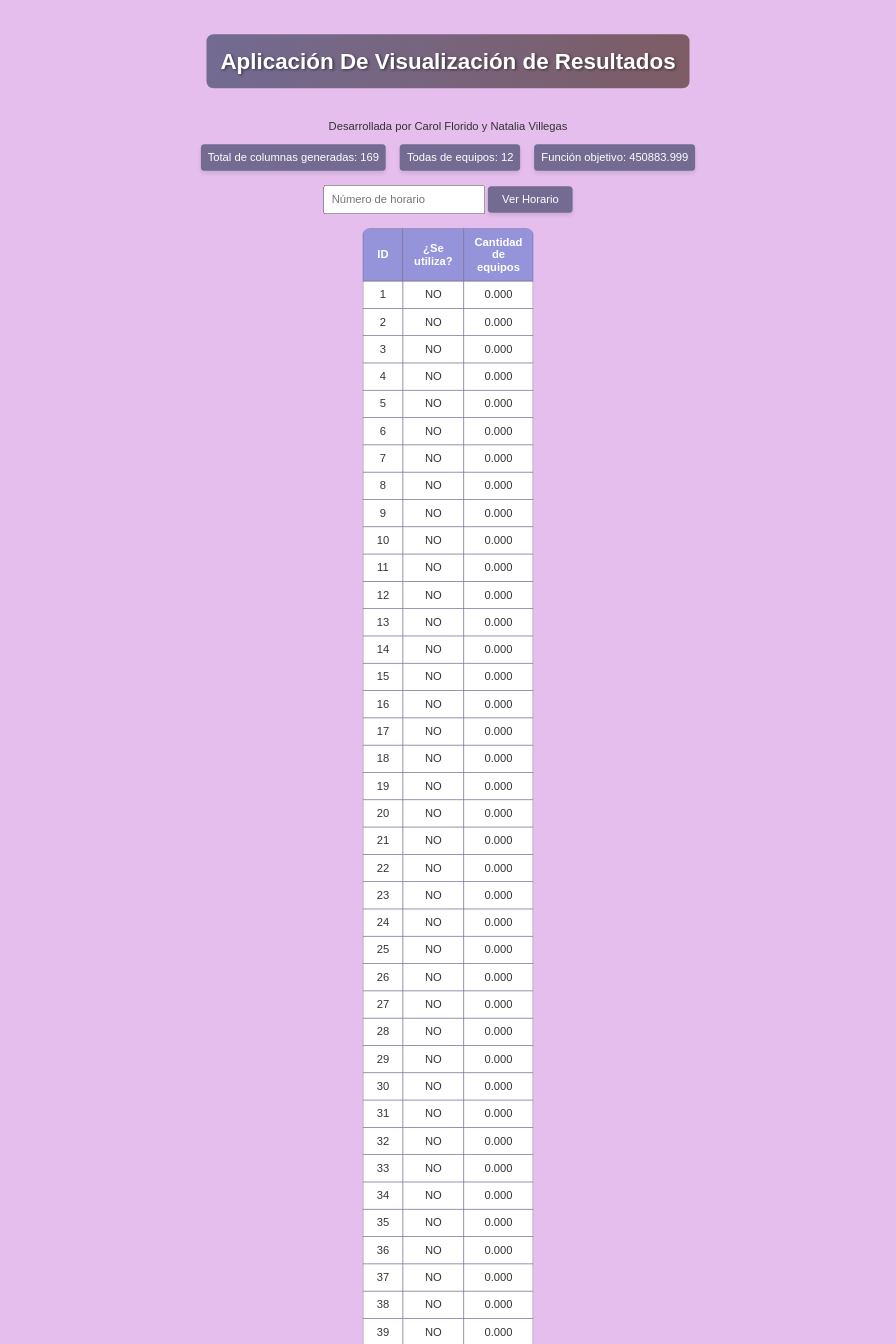
Repository: cflorido/Front_T3
Page: index.html
An editor plug-in stored every save of this project. The page is shown before and after the next save, followed by the edit.
The browser window is 1280 px wide. The pictures show the part of the page from y = 0 to 1920 px (the page is 7091 px tall before and 7085 px after), at 70% of full size.

Above is the page before, as saved 2024-10-22 23:06:26.

### index.html
<!DOCTYPE html>
<html lang="es">
<head>
    <meta charset="UTF-8">
    <meta name="viewport" content="width=device-width, initial-scale=1.0">
    <title>Aplicación Visualización de Datos</title>
    <style>
        body {
            font-family: Arial, sans-serif;
            background-color: #E5BEED;
            color: #333;
            text-align: center;
            padding: 20px;
        }
        .container {
            display: flex;
            justify-content: space-between;
        }
        button {
            padding: 10px 20px;
            font-size: 16px;
            cursor: pointer;
            background-color: #736B92;
            color: white;
            border: none;
            border-radius: 5px;
            transition: background-color 0.3s;
            box-shadow: 0 4px 6px rgba(0, 0, 0, 0.1);
        }
        button:hover {
            background-color: #7D5C65;
        }
        #tablaEquipos {
            width: 20%; /* 20% del ancho de la pantalla */
            border-collapse: collapse;
            text-align: left;
        }
        #tablaEquipos th, #tablaEquipos td {
            border: 1px solid #736B92;
            padding: 10px;
        }
        #tablaEquipos th {
            background-color: #9593D9;
            color: white;
        }
        #tablaEquipos td {
            background-color: #fff;
        }
        #contenido {
            width: 75%; /* 75% del ancho de la pantalla */
            margin-top: 20px;
            padding: 10px;
            border: 1px solid #7C90DB;
            background-color: #fff;
            border-radius: 8px;
            box-shadow: 0 2px 10px rgba(0, 0, 0, 0.2);
            display: none;
        }
        table {
            margin: 20px auto;
            border-collapse: collapse;
            width: 100%;
            border-radius: 10px;
            overflow: hidden;
        }
        th, td {
            border: 1px solid #736B92;
            padding: 10px;
            text-align: center;
            width: 14.28%;
        }
        th {
            background-color: #9593D9;
            color: white;
            font-weight: bold;
        }
        td {
            background-color: #ffffff;
            transition: background-color 0.3s;
        }
        td.utilizado {
            background-color: #7C90DB;
            color: #ffffff;
            font-weight: bold;
        }
        .footer {
            margin-top: 20px;
            font-size: 14px;
            color: #736B92;
        }
        .info-container {
            display: flex;
            justify-content: center;
            margin-bottom: 20px;
        }
        .info-box {
            margin: 0 10px;
            padding: 10px;
            background-color: #736B92;
            color: white;
            border-radius: 5px;
            box-shadow: 0 4px 6px rgba(0, 0, 0, 0.1);
        }
        .titulo {
        font-size: 2em; /* Tamaño del texto */
        font-weight: bold; /* Negrita */
        color: #fff; /* Color del texto */
        text-shadow: 2px 2px 4px rgba(0, 0, 0, 0.5); /* Sombra del texto */
        background: linear-gradient(90deg, #736B92, #7D5C65); /* Degradado de fondo */
        padding: 20px; /* Espaciado interno */
        border-radius: 10px; /* Bordes redondeados */
        display: inline-block; /* Permite aplicar padding */
        margin-bottom: 30px; /* Espacio debajo del título */
        text-align: center; /* Centrar texto */
        transition: transform 0.3s; /* Transición suave */
        }

        .titulo:hover {
            transform: scale(1.05); /* Efecto de aumento al pasar el ratón */
        }

    </style>
</head>
<body>
    <h1 class="titulo">Aplicación De Visualización de Resultados</h1>

    <p>Desarrollada por Carol Florido y Natalia Villegas</p>

    <div class="info-container">
        <div class="info-box">Total de columnas generadas: 169</div>
        <div class="info-box">Todas de equipos: 12</div>
        <div class="info-box">Función objetivo: 450883.999</div>
    </div>

    <input type="number" id="numeroLinea" placeholder="Número de horario" min="1" style="padding: 10px; font-size: 16px;">
    <button onclick="cargarLinea()">Ver Horario</button>

    <div class="container">
        <!-- Tabla de equipos en el lado izquierdo -->
        <table id="tablaEquipos">
            <thead>
                <tr>
                    <th>ID</th>
                    <th>¿Se utiliza?</th>
                    <th>Cantidad de equipos</th>
                </tr>
            </thead>
            <tbody></tbody>
        </table>

        <!-- Contenedor de la tabla de horarios -->
        <div id="contenido"></div>
    </div>

    <div class="footer">
        <p>&copy; 2024 Visualización de resultados tarea 3 Optimización Avanzada. Todos los derechos reservados.</p>
    </div>

    <script>
        let lineas = []; // Array para almacenar las líneas del archivo
        let equipos = []; // Array para almacenar la cantidad de equipos

        // Función para cargar el contenido de los archivos
        function cargarContenido() {
            fetch('data.txt')
                .then(response => {
                    if (!response.ok) {
                        throw new Error('Error al cargar el archivo: ' + response.statusText);
                    }
                    return response.text();
                })
                .then(data => {
                    lineas = data.split('\n');
                })
                .catch(error => {
                    console.error(error);
                    alert('No se pudo cargar el contenido.');
                });

            // Cargar el contenido del archivo de equipos
            fetch('equipos.txt')
                .then(response => {
                    if (!response.ok) {
                        throw new Error('Error al cargar el archivo de equipos: ' + response.statusText);
                    }
                    return response.text();
                })
                .then(data => {
                    equipos = data.split('\n').map(line => {
                        const [numero, cantidad] = line.split(',').map(Number);
                        return { numero, cantidad: parseFloat(cantidad).toFixed(3) }; // Redondear a 3 decimales
                    });
                    mostrarEquipos(); // Mostrar la tabla de equipos
                })
                .catch(error => {
                    console.error(error);
                    alert('No se pudo cargar el contenido de equipos.');
                });
        }

        // Función para mostrar la tabla de equipos
        function mostrarEquipos() {
            const tablaEquiposBody = document.querySelector('#tablaEquipos tbody');
            tablaEquiposBody.innerHTML = ''; // Limpiar el contenido previo

            equipos.forEach(equipo => {
                const fila = document.createElement('tr');
                const celdaId = document.createElement('td');
                const celdaUtiliza = document.createElement('td');
                const celdaCantidad = document.createElement('td');

                celdaId.textContent = equipo.numero;
                celdaUtiliza.textContent = equipo.cantidad > 0 ? 'SI' : 'NO';
                celdaCantidad.textContent = equipo.cantidad;

                fila.appendChild(celdaId);
                fila.appendChild(celdaUtiliza);
                fila.appendChild(celdaCantidad);

                tablaEquiposBody.appendChild(fila);
            });
        }

        // Función para mostrar la línea seleccionada
        function cargarLinea() {
            const numeroLinea = document.getElementById("numeroLinea").value;
            const contenidoDiv = document.getElementById("contenido");

            // Verificar si el número de línea es válido
            if (numeroLinea > 0 && numeroLinea <= lineas.length) {
                const horario = JSON.parse("[" + lineas[numeroLinea - 1] + "]"); // Parsear la línea como JSON con corchetes
                const equipoSeleccionado = equipos.find(e => e.numero === parseInt(numeroLinea));

                // Mostrar la cantidad de equipos arriba del horario
                contenidoDiv.innerHTML = `<h3>Cantidad de equipos: ${equipoSeleccionado ? equipoSeleccionado.cantidad : 'No disponible'}</h3>`;

                mostrarHorario(horario); // Mostrar el horario en forma de tabla
                contenidoDiv.style.display = 'block'; // Muestra el div
            } else {
                alert('Número de línea no válido. Intenta de nuevo.');
            }
        }

        // Función para mostrar el horario en una tabla
        function mostrarHorario(horario) {
            const contenidoDiv = document.getElementById("contenido");

            // Crear la tabla
            const tabla = document.createElement('table');
            const thead = document.createElement('thead');
            const tbody = document.createElement('tbody');

            // Crear encabezado de la tabla
            const encabezado = document.createElement('tr');
            const dias = ['Franja Horaria', 'Lunes', 'Martes', 'Miércoles', 'Jueves', 'Viernes', 'Sábado', 'Domingo'];
            dias.forEach(dia => {
                const th = document.createElement('th');
                th.textContent = dia;
                encabezado.appendChild(th);
            });
            thead.appendChild(encabezado);
            tabla.appendChild(thead);

            // Crear filas de horarios
            for (let i = 0; i < 12; i++) {
                const fila = document.createElement('tr');

                const horaInicio = (i * 2) % 24;
                const horaFin = (horaInicio + 2) % 24;
                const franjaHoraria = `${horaInicio < 10 ? '0' : ''}${horaInicio}:00 - ${horaFin < 10 ? '0' : ''}${horaFin}:00`;

                const celdaFranja = document.createElement('td');
                celdaFranja.textContent = franjaHoraria;
                fila.appendChild(celdaFranja);

                for (let j = 0; j < 7; j++) {
                    const celda = document.createElement('td');
                    celda.textContent = horario[i * 7 + j];
                    if (horario[i * 7 + j] === 1) {
                        celda.classList.add('utilizado'); // Agregar clase si se usa
                    }
                    fila.appendChild(celda);
                }
                tbody.appendChild(fila);
            }

            tabla.appendChild(tbody);
            contenidoDiv.appendChild(tabla);
        }

        // Cargar el contenido de los archivos al iniciar la página
        window.onload = cargarContenido;
    </script>
</body>
</html>

After the next save:
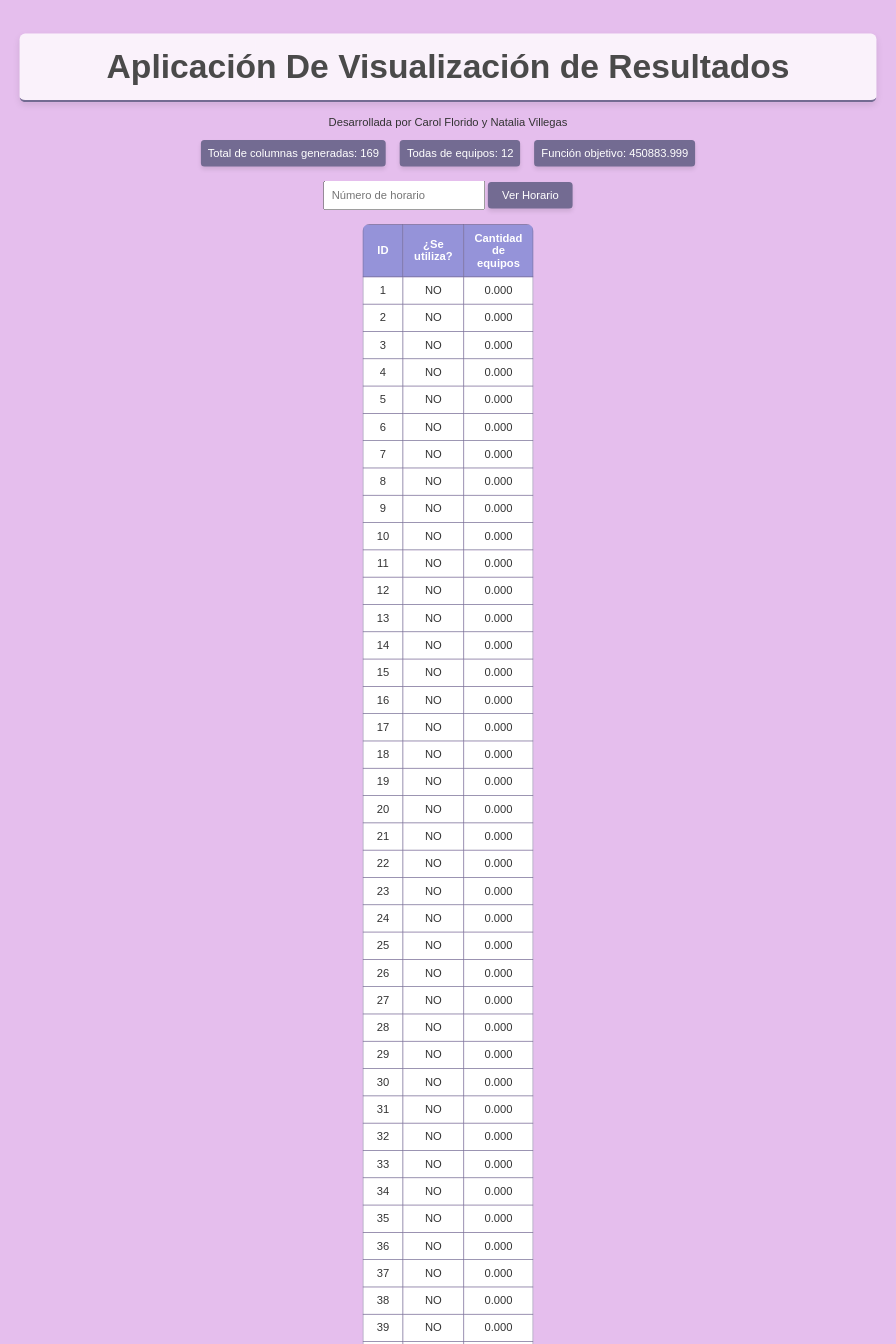
Saved 51 s later.
--- a/index.html
+++ b/index.html
@@ -102,22 +102,24 @@
             box-shadow: 0 4px 6px rgba(0, 0, 0, 0.1);
         }
         .titulo {
-        font-size: 2em; /* Tamaño del texto */
-        font-weight: bold; /* Negrita */
-        color: #fff; /* Color del texto */
-        text-shadow: 2px 2px 4px rgba(0, 0, 0, 0.5); /* Sombra del texto */
-        background: linear-gradient(90deg, #736B92, #7D5C65); /* Degradado de fondo */
-        padding: 20px; /* Espaciado interno */
-        border-radius: 10px; /* Bordes redondeados */
-        display: inline-block; /* Permite aplicar padding */
-        margin-bottom: 30px; /* Espacio debajo del título */
-        text-align: center; /* Centrar texto */
-        transition: transform 0.3s; /* Transición suave */
-        }
-
-        .titulo:hover {
-            transform: scale(1.05); /* Efecto de aumento al pasar el ratón */
-        }
+    font-size: 3em; /* Tamaño del texto */
+    font-family: 'Arial', sans-serif; /* Tipo de letra elegante */
+    color: #4A4A4A; /* Color del texto */
+    text-align: center; /* Centrar texto */
+    margin: 20px 0; /* Espaciado superior e inferior */
+    padding: 20px; /* Espaciado interno */
+    border-bottom: 3px solid #736B92; /* Línea decorativa inferior */
+    background-color: rgba(255, 255, 255, 0.8); /* Fondo blanco con opacidad */
+    border-radius: 8px; /* Bordes redondeados */
+    box-shadow: 0 4px 10px rgba(0, 0, 0, 0.1); /* Sombra sutil */
+    transition: color 0.3s, transform 0.3s; /* Transición suave */
+}
+
+.titulo:hover {
+    color: #7D5C65; /* Cambiar color del texto al pasar el ratón */
+    transform: translateY(-3px); /* Efecto de desplazamiento al pasar el ratón */
+}
+
 
     </style>
 </head>
